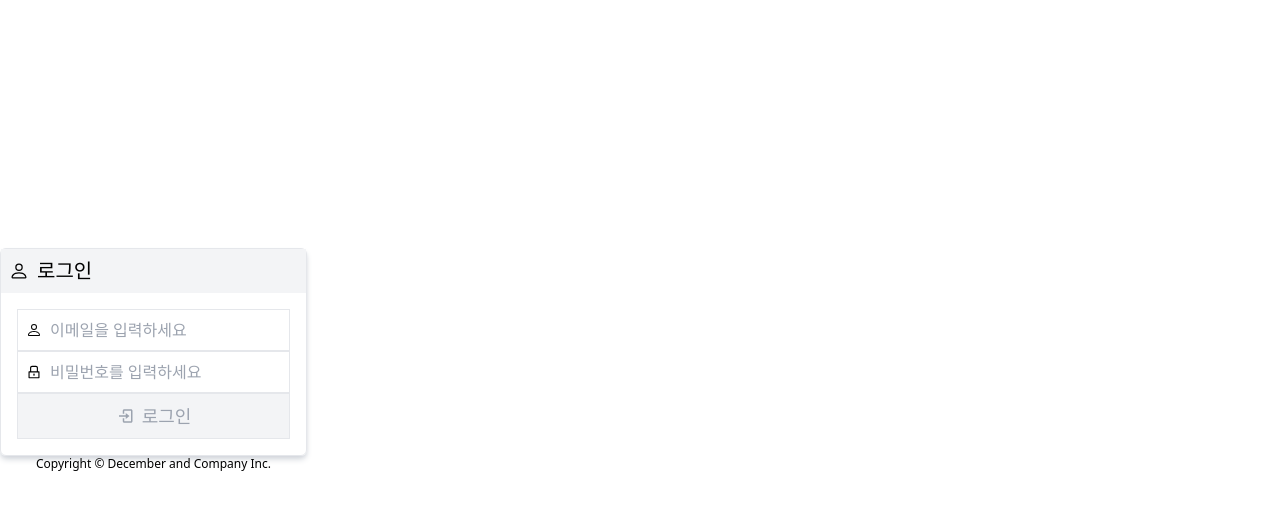
Repository: wanted-pre-onboarding-4/pre-onboarding-assignment-week-4-1-team-4
Page: /login (app in client/)
These files come from the project's save history. The page is drawn as it stood at one moment and after the next save; the edit follows.
The browser window is 1280 px wide. The pictures show the whole page.
The project was rebuilt for these pictures with package versions that can differ from the ones it lists, and the page was loaded fresh each time. Also part of the build but not shown: client/src/components/Footer.jsx, client/src/components/Header.jsx, client/src/components/Sider.jsx, client/src/components/Layout.jsx.

Above is the page before, as saved 2022-09-20 21:21:15.

### client/src/index.js
import React from 'react';
import ReactDOM from 'react-dom/client';
import App from './App';
import "./index.css"
const root = ReactDOM.createRoot(document.getElementById('root'));
root.render(
  <React.StrictMode>
    <App />
  </React.StrictMode>
);

### client/src/App.js
import { BrowserRouter as Router, Routes, Route } from 'react-router-dom';
import Layout from './components/Layout';
import Login from './pages/login/Login';

function App() {
  return (
    <Router>
      <Routes>
        <Route path="/login" element={<Login/>} />
        <Route element={<Layout />}>
          <Route path="/" element={<div>홈</div>} />
          <Route path="/users" element={<div>유저 목록 페이지</div>} />
          <Route path="/users/:user_id" element={<div>유저 상세 페이지</div>} />
          <Route path="/accounts" element={<div>계좌 목록 페이지</div>} />
          <Route path="/accounts/:account_id" element={<div>계좌 상세 페이지</div>} />
          <Route path="*" element={<div>404페이지</div>} />
        </Route>
      </Routes>
    </Router>
  );
}

export default App;

### client/src/index.css
#root{
  display: flex;
  height:100vh;
}

@tailwind base;
@tailwind components;
@tailwind utilities;

### client/src/pages/login/Login.jsx
import React from 'react';
import { BsPerson } from 'react-icons/bs';
import { AiOutlineLock } from 'react-icons/ai';
import { BiLogIn } from 'react-icons/bi';

const Login = () => {
  return (
    <div className='flex flex-col justify-center items-center'>
      <div className='border-solid border-[1px] rounded-md shadow-md shadow-gray-300'>
        <div className="flex items-center justify-start space-x-2 p-2 font-medium text-xl bg-gray-100">
          <BsPerson />
          <h1>로그인</h1>
        </div>
        <form className='p-4'>
          <label className="flex items-center space-x-2 border-solid border-[1px] p-2">
            <BsPerson />
            <input type="email" placeholder="이메일을 입력하세요" className='outline-none' />
          </label>
          <label className="flex items-center space-x-2 border-solid border-[1px] p-2">
            <AiOutlineLock />
            <input type="password" placeholder="비밀번호를 입력하세요" className='outline-none' />
          </label>
          <button
            className="flex items-center justify-center space-x-2 w-full text-lg border-solid border-[1px] p-2 disabled:text-gray-400 disabled:bg-gray-100"
            disabled={true}
          >
            <BiLogIn />
            <span>로그인</span>
          </button>
        </form>
      </div>
        <p className='text-xs'>Copyright © December and Company Inc.</p>
    </div>
  );
};

export default Login;

Loaded but not shown: client/public/index.html (common file); client/tailwind.config.js (common file)

After the next save:
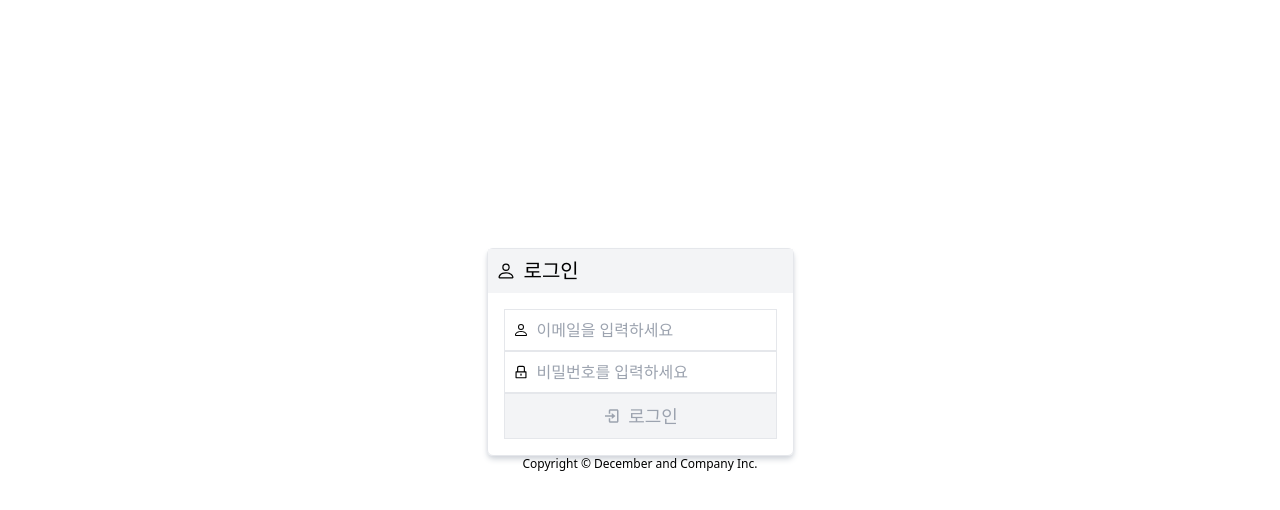
Saved 23 s later.
--- a/client/src/pages/login/Login.jsx
+++ b/client/src/pages/login/Login.jsx
@@ -5,7 +5,7 @@ import { BiLogIn } from 'react-icons/bi';
 
 const Login = () => {
   return (
-    <div className='flex flex-col justify-center items-center'>
+    <div className='flex flex-col justify-center items-center w-full'>
       <div className='border-solid border-[1px] rounded-md shadow-md shadow-gray-300'>
         <div className="flex items-center justify-start space-x-2 p-2 font-medium text-xl bg-gray-100">
           <BsPerson />
